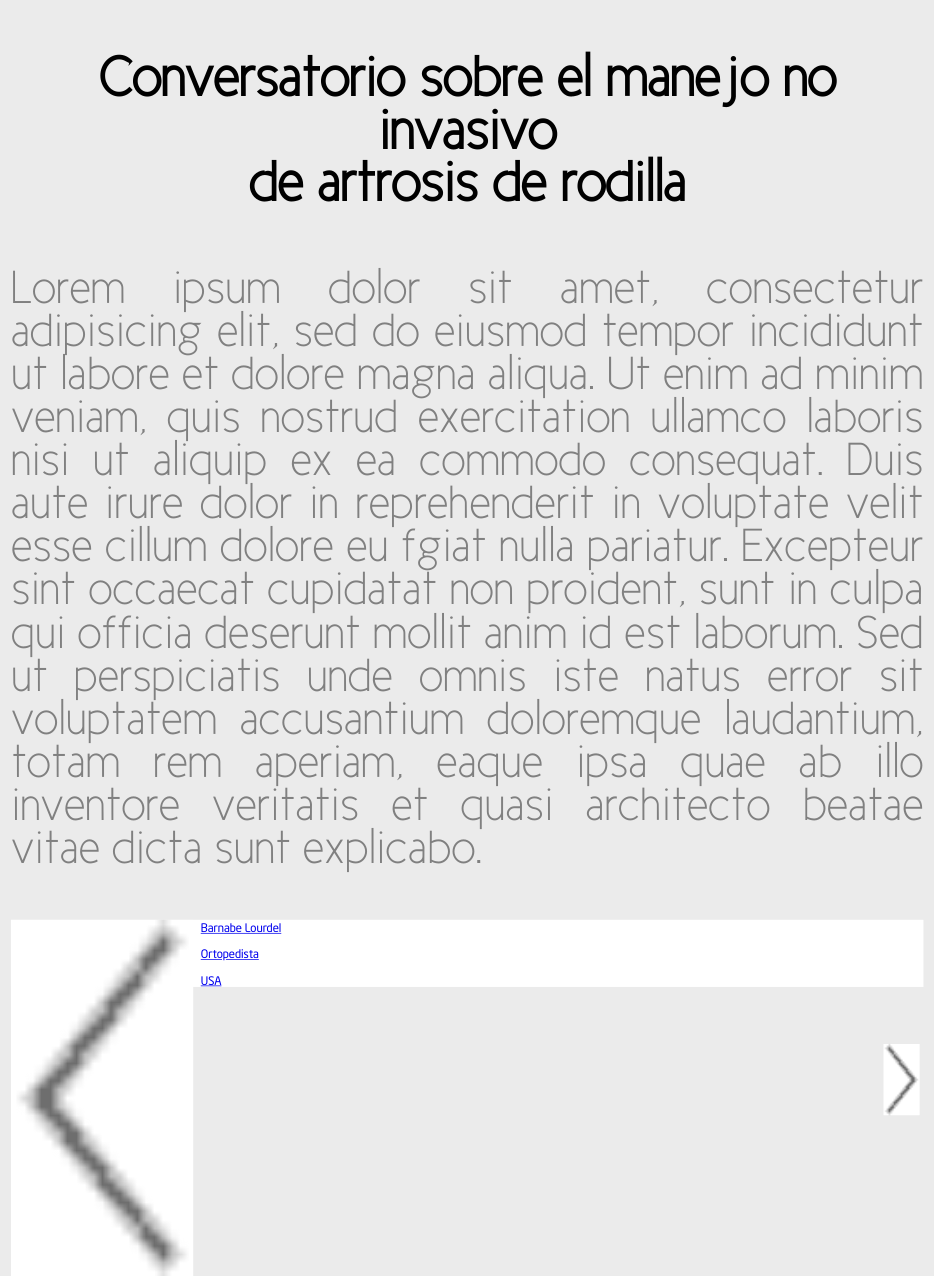
Repository: pacoigloo/Anexia
Page: home.html
The author's editor kept a record of every edit. The page is drawn from the files as they stood at one moment, then again after the next edit.
The browser window is 1280 px wide. The pictures show the whole page, at 73% of full size.

Above is the page before.

After the next edit:
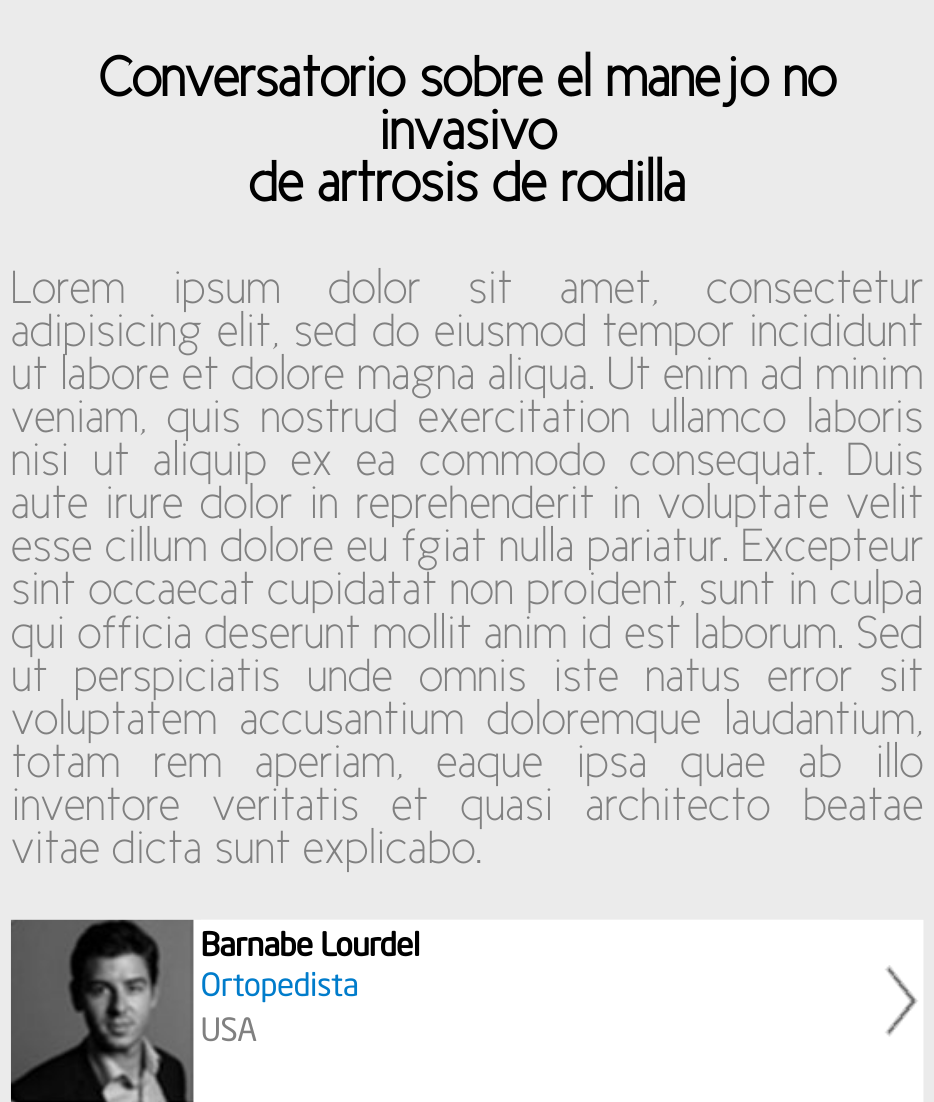
The edit:
--- a/home.html
+++ b/home.html
@@ -20,9 +20,10 @@
     </p>
 </div>
 <a href="#/conferencista">
-<div id="btnContainer">
-        <div id="btnUno" class="btn"><img class="imgDoc" src="img/flecha-izquierda.png"></img><div class="btnTexto"><p class="nombre">Barnabe Lourdel</p><p class="prof">Ortopedista</p> <p class="pais">USA</p></div><img class="imgFlecha" id="flechaDer" src="img/flecha-derecha.png"></img></div>
-    </a>
-</div>
+    <div id="btnContainer">
+        <div id="btnUno" class="btn"><img class="imgDoc" src="img/img-barnabe.jpg"></img><div class="btnTexto"><p class="nombre">Barnabe Lourdel</p><p class="prof">Ortopedista</p> <p class="pais">USA</p></div><img class="imgFlecha" id="flechaDer" src="img/flecha-derecha.png"></img></div>
+    </div>
+</a>
+
 
 </body>
